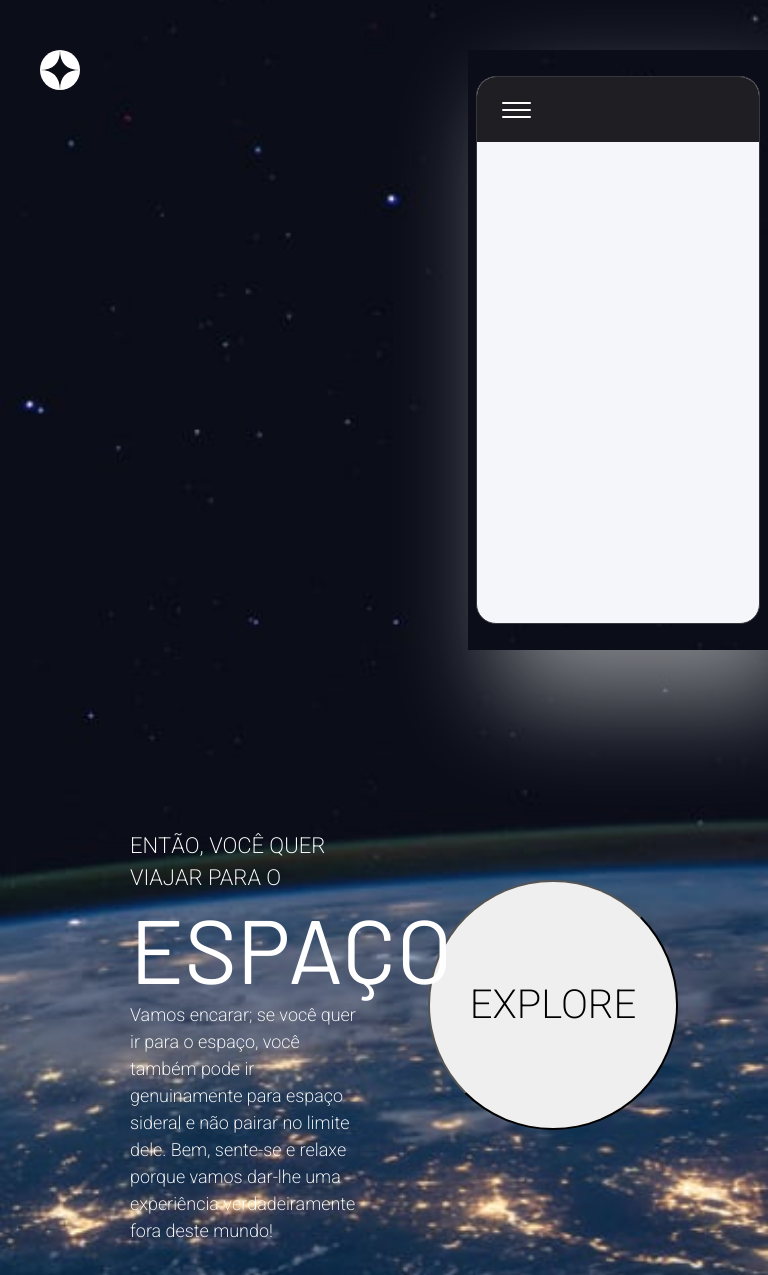
Repository: Leonngc/space-site
Page: space-tourism-website-main/space-tourism-website-main/starter-code/index.html
The author's editor kept a copy of each file at every save. The page is drawn from the files as they stood at one save, then again after a run of saves.
The browser window is 768 px wide. The pictures show the whole page.

Above is the page before, as saved 2023-04-29 16:48:22.

### space-tourism-website-main/space-tourism-website-main/starter-code/index.html
<!DOCTYPE html>
<html lang="pt-br">
<head>
  <meta charset="UTF-8">
  <meta name="viewport" content="width=device-width, initial-scale=1.0">
  <link rel="icon" type="image/png" sizes="32x32" href="./assets/favicon-32x32.png">
  <link rel="stylesheet" href="styles/menu.css">
  <link rel="stylesheet" href="styles/home.css">
  <!-- CDN FLATICON-->
  <link rel='stylesheet' href='https://cdn-uicons.flaticon.com/uicons-bold-rounded/css/uicons-bold-rounded.css'>
  <script src="script/menu.js" defer></script>
  <title>Frontend Mentor | Space tourism website</title>
</head>
<body>

  <header>
    <img src="assets/shared/logo.svg" alt="" class="logo">
    <div class="line"></div>

    <ul class="menu">
    <li class="item-menu active"><a href="#">00 Home</a></li>
    <li class="item-menu"><a href="#">01 Destination</a></li>
    <li class="item-menu"><a href="#">02 Crew</a></li>
    <li class="item-menu"><a href="#">03 Technology</a></li>
    </ul>




    <div class="container">
      <div class="phone">
        <div class="content">

          <nav role="navigation">
            <div id="menuToggle">
              <input type="checkbox" />
                <span></span>
                <span></span>
                <span></span>
            <ul id="menu">
              <li><a href="#">Home</a></li>
              <li><a href="#">About</a></li>
              <li><a href="#">Info</a></li>
              <li><a href="#">Contact</a></li>
            </ul>
           </div>
          </nav>
        </div>
       </div>
    </div>
  </header>

<div class="container-button">
    <button>Explore</button>
  </div>
<div class="text-box">
    <span>Então, você quer viajar para o</span>
    <h1>Espaço</h1>
    <p>
      Vamos encarar; se você quer ir para o espaço, você também pode ir genuinamente para
      espaço sideral e não pairar no limite dele. Bem, sente-se e relaxe
      porque vamos dar-lhe uma experiência verdadeiramente fora deste mundo!
    </p>
</div>



</body>
</html>

### space-tourism-website-main/space-tourism-website-main/starter-code/styles/menu.css
@import url('https://fonts.googleapis.com/css2?family=Heebo:wght@200&display=swap');

*{
    padding: 0;
    margin: 0;
}

header{
    display: flex;
    justify-content: space-between;
}

.menu{
    margin-top: 20px;
    display: flex;
    width: 90vw ;
    height: 12vh;
    position: relative;
    justify-content: space-between;
    list-style: none;
    background: rgba(255, 255, 255, 0.21);
    background: rgba(255, 255, 255, 0.08);
    box-shadow: 0 4px 30px rgba(0, 0, 0, 0.1);
    backdrop-filter: blur(5px);
    -webkit-backdrop-filter: blur(5px);
}

.item-menu{
    margin: auto;

}

.item-menu a{
    text-decoration: none;
    font-family: 'Heebo', sans-serif;
    color: white;
}

.active{
  border-bottom: 3px solid white;
}

.line{
    background-color:  rgba(255, 255, 255, 0.21);

    height: 2px;
    width: 1110px;
    margin-top: 68px;
    margin-left: 30px;
}

.logo{
    margin-top: 30px;
    margin-left: 20px;
    width: 40px;
    height: 40px;
    padding: 20px;
}

@media screen and (max-width: 900px){
    .menu{
        display: none;
    }

    .line{
        display: none;
    }

    body{
        background-image: url(../assets/home/background-home-mobile.jpg) !important;
    }

    .container {
        margin-top: 50px;
        Display: flex;
        justify-content: center;
        align-items: center;
      }
      .phone {
        width: 300px;
        height: 600px;
        Display: flex;
        justify-content: center;
        align-items: center;
        box-shadow: 30px 50px 100px #85888C;
      }
      .content {
        border: 1px solid #36383F;
        border-radius: 20px;
        width: 94%;
        height: 91%;
        background-color: #F5F6FA;
        overflow: hidden;
      }
      nav {
        background-color: #1E1E23;
        height: 65px;
      }


      #menuToggle {
        display: flex;
        flex-direction: column;
        position: relative;
        top: 25px;
        left: 25px;
        z-index: 1;
        -webkit-user-select: none;
        user-select: none;
      }

      #menuToggle input
      {
        display: flex;
        width: 40px;
        height: 32px;
        position: absolute;
        cursor: pointer;
        opacity: 0;
        z-index: 2;
      }

      #menuToggle span
      {
        display: flex;
        width: 29px;
        height: 2px;
        margin-bottom: 5px;
        position: relative;
        background: #ffffff;
        border-radius: 3px;
        z-index: 1;
        transform-origin: 5px 0px;
        transition: transform 0.5s cubic-bezier(0.77,0.2,0.05,1.0),
                    background 0.5s cubic-bezier(0.77,0.2,0.05,1.0),
                    opacity 0.55s ease;
      }

      #menuToggle span:first-child
      {
        transform-origin: 0% 0%;
      }

      #menuToggle span:nth-last-child(2)
      {
        transform-origin: 0% 100%;
      }

      #menuToggle input:checked ~ span
      {
        opacity: 1;
        transform: rotate(45deg) translate(-3px, -1px);
        background: #36383F;
      }
      #menuToggle input:checked ~ span:nth-last-child(3)
      {
        opacity: 0;
        transform: rotate(0deg) scale(0.2, 0.2);
      }

      #menuToggle input:checked ~ span:nth-last-child(2)
      {
        transform: rotate(-45deg) translate(0, -1px);
      }

      #menu
      {
        position: absolute;
        width: 180px;
        height: 400px;
        box-shadow: 0 0 10px #85888C;
        margin: -50px 0 0 -50px;
        padding: 50px;
        padding-top: 125px;
        background-color: #F5F6FA;
        -webkit-font-smoothing: antialiased;
        transform-origin: 0% 0%;
        transform: translate(-100%, 0);
        transition: transform 0.5s cubic-bezier(0.77,0.2,0.05,1.0);
      }

      #menu li
      {
        padding: 10px 0;
        transition-delay: 2s;
      }

      #menuToggle input:checked ~ ul
      {
        transform: none;
      }
}

### space-tourism-website-main/space-tourism-website-main/starter-code/styles/home.css
@import url('https://fonts.googleapis.com/css2?family=Barlow&display=swap');
@import url('https://fonts.googleapis.com/css2?family=Heebo:wght@200&display=swap');
/*  font-family: 'Barlow', sans-serif;
    font-family: 'Heebo', sans-serif;
*/

:root{
    --title-font: 'Barlow';
    --paragraph-font: 'Heebo';
}

body{
    background-image: url(../assets/home/background-home-desktop.jpg);
    background-size: cover;
    background-position: center center;
}


.text-box{
    margin-top: 150px;
    padding: 30px;
    margin-left: 100px;
    width: 30vw;
    color: white;
}

span{
    font-family: var(--paragraph-font);
    font-size: 22px;
    text-transform: uppercase;
}

h1{
    font-family: var(--title-font);
    font-size: 90px;
    font-weight: 200;
    text-transform: uppercase;
}

p{
    font-family: var(--paragraph-font), sans-serif;
    font-size: 18px;
}

.container-button{
    float: right;
    margin-top: 230px;
    margin-right: 90px;
    margin-bottom: 30px;
}

.container-button button{
    width: 250px;
    height: 250px;
    border-radius: 50%;
    font-size: 40px;
    font-family: var(--paragraph-font);
    font-weight: 200;
    text-transform: uppercase;
}

Loaded but not shown: space-tourism-website-main/space-tourism-website-main/starter-code/script/menu.js (no stored copy; drawn as an empty file)

After the next 2 saves:
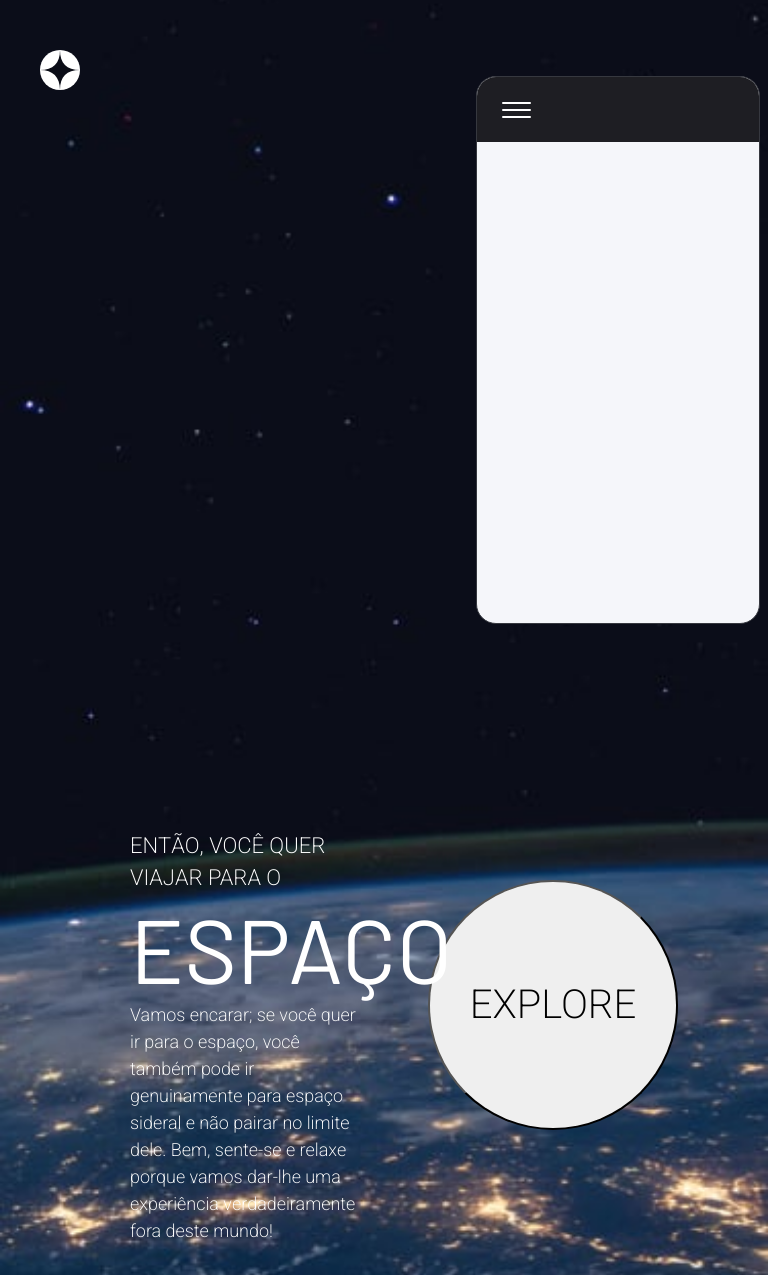
The 2 saves are shown as one change because they came seconds apart.
The last was saved 13 s later.
--- a/space-tourism-website-main/space-tourism-website-main/starter-code/styles/menu.css
+++ b/space-tourism-website-main/space-tourism-website-main/starter-code/styles/menu.css
@@ -82,7 +82,6 @@ header{
         Display: flex;
         justify-content: center;
         align-items: center;
-        box-shadow: 30px 50px 100px #85888C;
       }
       .content {
         border: 1px solid #36383F;
